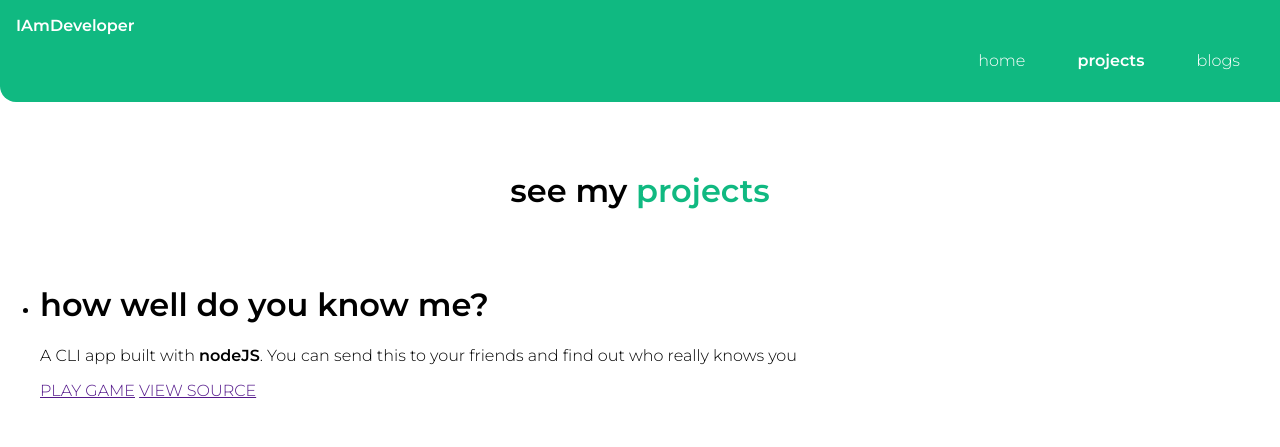
Repository: sohan2503001/Portfolio
Page: projects.html
These files come from the project's save history. The page is drawn as it stood at one moment and after a run of saves; the edit follows.
The browser window is 1280 px wide. The pictures show the whole page.

Above is the page before, as saved 2021-03-28 02:05:40.

After the next 3 saves:
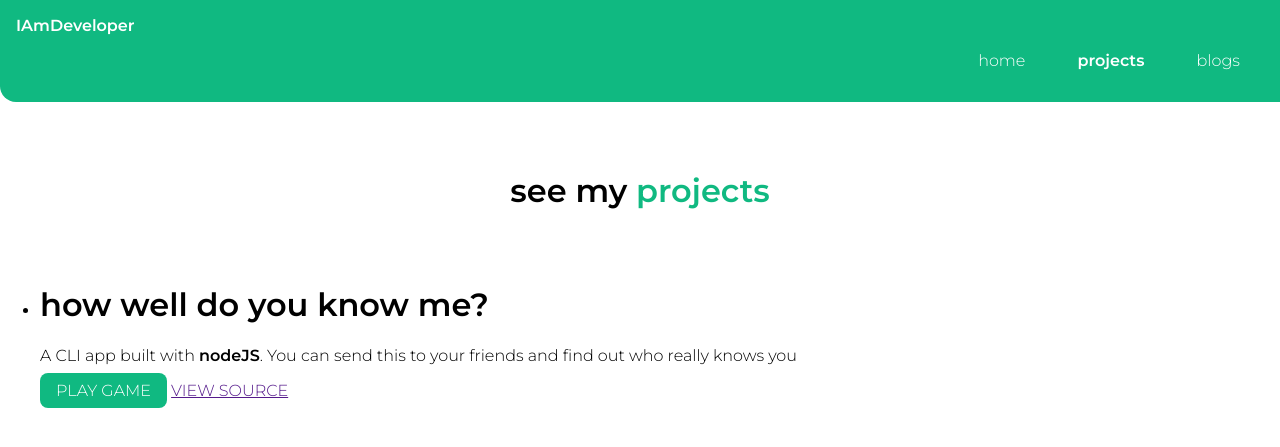
The 3 saves are shown as one change because they came seconds apart.
The last was saved 18 s later.
--- a/projects.html
+++ b/projects.html
@@ -35,7 +35,7 @@
             <p>A CLI app built with <strong>nodeJS</strong>. You can send this to your
             friends and find out who really knows you</p>
 
-            <a href="">PLAY GAME</a>
+            <a class="link link-primary" href="">PLAY GAME</a>
             <a href="">VIEW SOURCE</a>
         </li>
     </ul>
